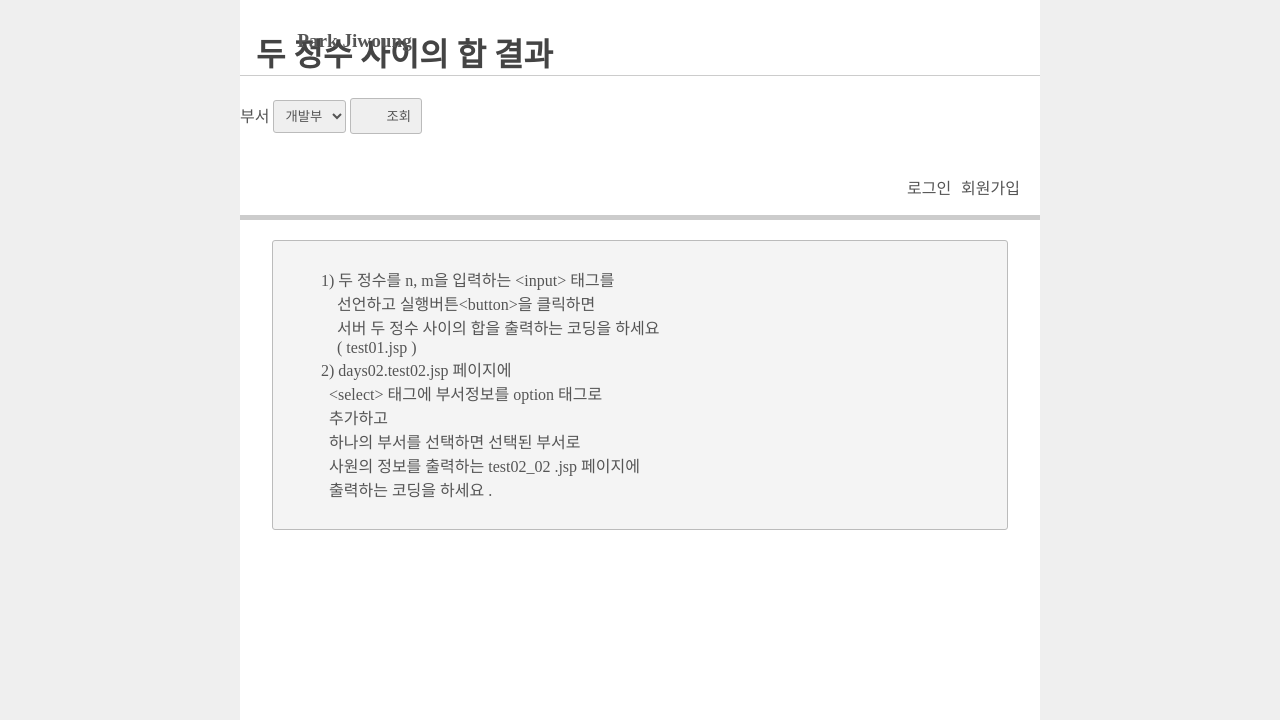
Repository: park-jiwoong/webClass
Page: http://localhost/jspPro/days02/test01_result.jsp
An editor plug-in stored every save of this project. The page is shown before and after the next save, followed by the edit.
The browser window is 1280 px wide. The pictures show the whole page.
Some web fonts or font styles are not loaded; a fallback is used. The page is served by Tomcat 9.

Above is the page before, as saved 2025-05-22 00:35:42.

After the next save:
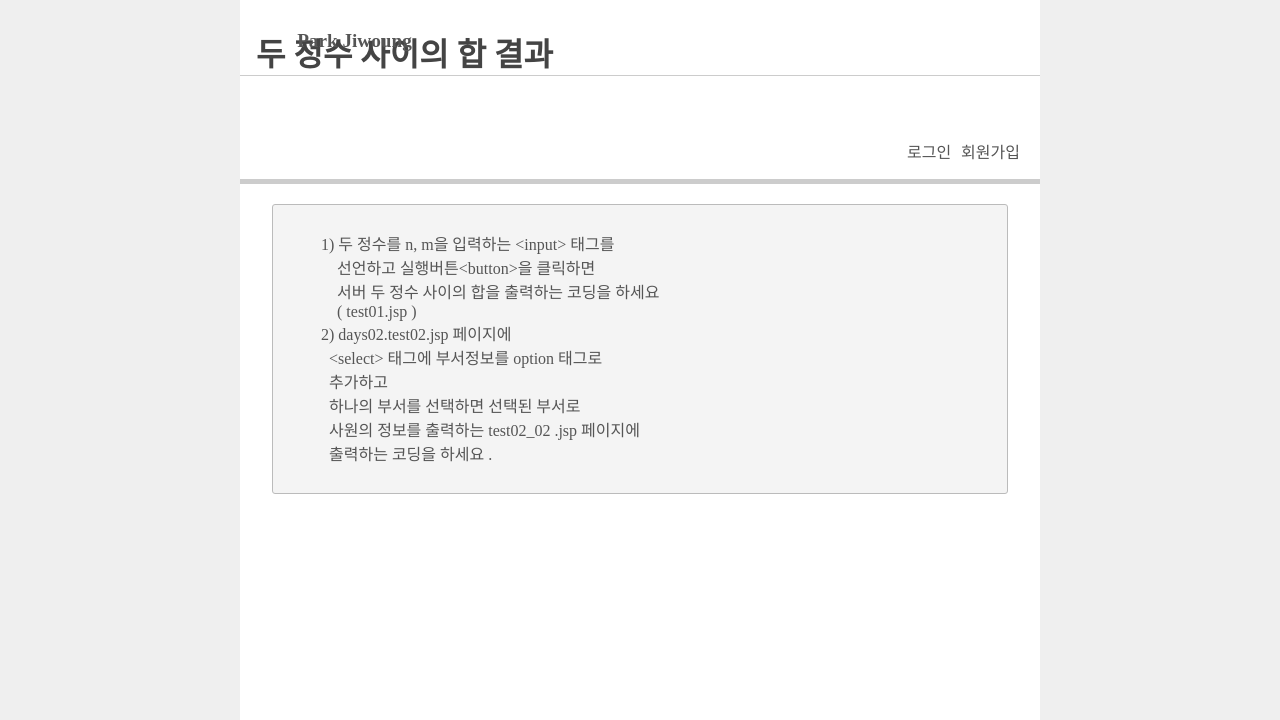
Saved 10 s later.
--- a/webPro/src/main/webapp/JSPClass/jspPro/src/main/webapp/days02/test01_result.jsp
+++ b/webPro/src/main/webapp/JSPClass/jspPro/src/main/webapp/days02/test01_result.jsp
@@ -17,15 +17,7 @@
 </head>
 <body>
 	<h1>두 정수 사이의 합 결과</h1>
-	<form action="test02.jsp" method="get">
-	<label for="dept">부서</label>
-	<select id="dept" name="dept">
-		<option id="개발부">개발부</option>
-		<option id="인사부">인사부</option>
-		<option id="영업부">영업부</option>
-	</select>
-	<button typ="submit">조회</button>
-	</form>
+
 <header>
     <h1 class="main"><a href="#" style="position: absolute;top:30px;">Park Jiwoung</a></h1>
     <ul>
